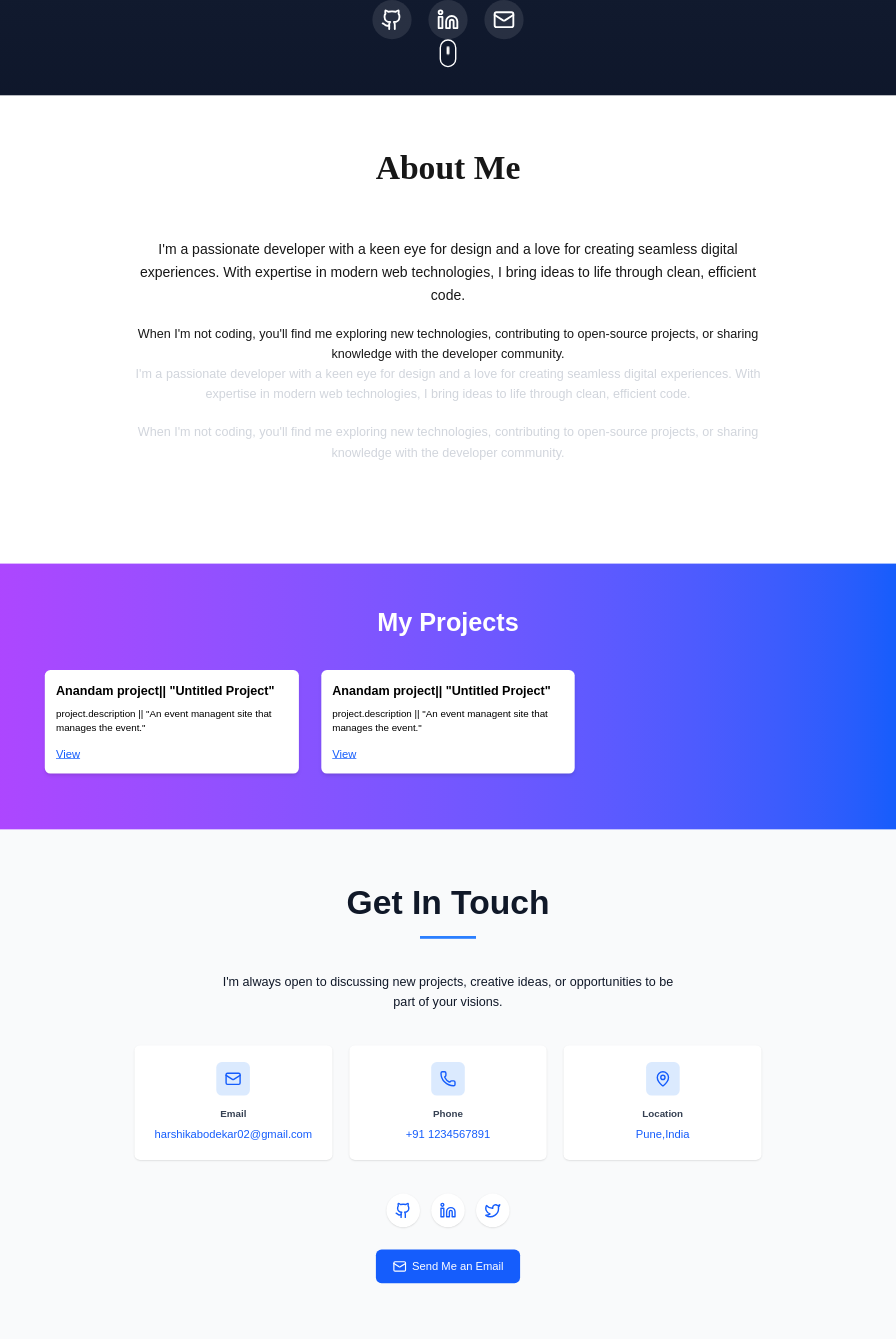
Repository: harshikabodekar/portfolio_awp
Page: /
These files come from the project's save history. The page is drawn as it stood at one moment and after the next save; the edit follows.
The browser window is 1280 px wide. The pictures show the part of the page from y = 713 to 2633 px (the page is 2626 px tall before and 2633 px after), at 70% of full size.
The project was rebuilt for these pictures with package versions that can differ from the ones it lists, and the page was loaded fresh each time. The framework's server and built-in components were replaced by stand-ins that run in the browser. Also part of the build but not shown: next.config.mjs.

Above is the page before, as saved 2025-10-15 20:20:53.

### src/app/layout.js
import "./globals.css";

export const metadata = {
  title: "AWP Portfolio",
  description: "Personal portfolio",
};

export default function RootLayout({ children }) {
  return (
    <html lang="en">
      <body className="antialiased">
        {children}
      </body>
    </html>
  );
}

### src/app/page.js
//import Image from "next/image";
import Navbar from "./components/Navbar";
import React from "react";
import Projects from "./components/Project";
import About from "./components/About";
import Contact from "./components/Contact";
import Hero from "./components/Hero";
import ProjectCard from "./components/ProjectCard";

export default function Home() {
  return (
    <div className="font-sans">
      <Navbar />
      <main className="w-full">
        <Hero />
        <About />
        <Projects />
        <Contact />
      </main>
    </div>
  );
}

### src/app/components/Navbar.js
import React from 'react';

const Navbar = () => {
  return (
    <nav className="bg-gray-900 text-white py-4 px-6 fixed w-full top-0 left-0 z-50 shadow-lg">
      <div className="container mx-auto flex justify-between items-center">
        <h1 className="text-4xl font-bold">My Portfolio</h1>
        <ul className="flex space-x-12 text-2xl">
          <li><a href="#home" className="hover:text-blue-400 transition-colors">Home</a></li>
          <li><a href="#about" className="hover:text-blue-400 transition-colors">About</a></li>
          <li><a href="#skills" className="hover:text-blue-400 transition-colors">Skills</a></li>
          <li><a href="#projects" className="hover:text-blue-400 transition-colors">Projects</a></li>
          <li><a href="#contact" className="hover:text-blue-400 transition-colors">Contact</a></li>
        </ul>
      </div>
    </nav>
  );
};

export default Navbar;

### src/app/components/Project.js
import React from 'react';
import ProjectCard from './ProjectCard';
import { projectsData } from '../data/projects';

const Projects = () => {
  return (
    <section id="projects" className="py-20 px-6 bg-gradient-to-r from-purple-500 to-blue-600 text-white pt-16">
      <div className="container mx-auto max-w-6xl">
        <h2 className="text-4xl font-bold text-center text-white mb-12">My Projects</h2>

        <div className="grid md:grid-cols-2 lg:grid-cols-3 gap-8">
          {projectsData.map((project) => (
            <ProjectCard key={project.id} project={project} />
          ))}
        </div>
      </div>
    </section>
  );
};

export default Projects;

### src/app/components/About.js
import React from 'react';

const About = () => {
  return (
    <section id="about" className="py-20 bg-gradient-subtle">
      <div className="container mx-auto px-4">
        <div className="max-w-4xl mx-auto">
          <h2 className="text-4xl md:text-5xl font-bold mb-6 text-center font-['Space_Grotesk']">
            About Me
          </h2>
          <div className="w-20 h-1 bg-gradient-accent mx-auto mb-12"></div>

          <div className="mb-16 text-center">
            <p className="text-xl text-muted-foreground leading-relaxed mb-6">
              I'm a passionate developer with a keen eye for design and a love for creating
              seamless digital experiences. With expertise in modern web technologies, I bring
              ideas to life through clean, efficient code.
            </p>
            <p className="text-lg text-muted-foreground leading-relaxed">
              When I'm not coding, you'll find me exploring new technologies, contributing to
              open-source projects, or sharing knowledge with the developer community.
            </p>

            <p className="text-lg text-gray-300 leading-relaxed mb-6">
              I'm a passionate developer with a keen eye for design and a love for creating
              seamless digital experiences. With expertise in modern web technologies, I bring
              ideas to life through clean, efficient code.
            </p>
            <p className="text-lg text-gray-300 leading-relaxed">
              When I'm not coding, you'll find me exploring new technologies, contributing to
              open-source projects, or sharing knowledge with the developer community.
            </p>
          </div>

          </div>
      </div>
    </section>
  );
};

export default About;

### src/app/components/Contact.js
"use client";
import { Mail, Phone, MapPin, Github, Linkedin, Twitter } from 'lucide-react';

const Contact = () => {
  const contactInfo = [
    { icon: Mail, label: 'Email', value: 'harshikabodekar02@gmail.com', href: 'mailto:your.email@example.com' },
    { icon: Phone, label: 'Phone', value: '+91 1234567891', href: 'tel:+911234567891' },
    { icon: MapPin, label: 'Location', value: 'Pune,India', href: '#' },
  ];

  const socialLinks = [
    { icon: Github, label: 'GitHub', href: 'https://github.com/harshikabodekar' },
    { icon: Linkedin, label: 'LinkedIn', href: 'https://linkedin.com' },
    { icon: Twitter, label: 'Twitter', href: 'https://twitter.com' },
  ];

  return (
    <section id="contact" className="py-20 bg-gray-50 text-gray-900">
      <div className="container mx-auto px-4">
        <div className="max-w-4xl mx-auto">
          <h2 className="text-4xl md:text-5xl font-bold mb-6 text-center">Get In Touch</h2>
          <div className="w-20 h-1 bg-blue-500 mx-auto mb-12"></div>

          <p className="text-center text-lg mb-12 max-w-2xl mx-auto">
            I'm always open to discussing new projects, creative ideas, or opportunities to be part of your visions.
          </p>

          <div className="grid md:grid-cols-3 gap-6 mb-12">
            {contactInfo.map((info, index) => {
              const IconComponent = info.icon;
              return (
                <div key={index} className="bg-white p-6 rounded-lg shadow text-center hover:shadow-lg transition-shadow">
                  <div className="inline-flex p-3 bg-blue-100 rounded-lg mb-4">
                    <IconComponent className="w-6 h-6 text-blue-600" />
                  </div>
                  <h3 className="text-sm font-semibold mb-2 text-gray-700">{info.label}</h3>
                  <a href={info.href} className="text-blue-600 hover:text-blue-800 transition-colors">{info.value}</a>
                </div>
              );
            })}
          </div>

          <div className="text-center">
            <div className="flex justify-center gap-4 mb-8">
              {socialLinks.map((social, i) => {
                const SocialIcon = social.icon;
                return (
                  <a
                    key={i}
                    href={social.href}
                    target="_blank"
                    rel="noreferrer"
                    className="p-3 bg-white rounded-full shadow hover:shadow-lg transition-all hover:bg-blue-600 hover:text-white group"
                    aria-label={social.label}
                  >
                    <SocialIcon className="w-6 h-6 text-blue-600 group-hover:text-white transition-colors" />
                  </a>
                );
              })}
            </div>

            <div className="text-center">
              <a href="mailto:your.email@example.com" className="inline-flex items-center gap-2 px-6 py-3 bg-blue-600 text-white rounded-lg hover:bg-blue-700 transition-colors">
                <Mail className="w-5 h-5" />
                Send Me an Email
              </a>
            </div>
          </div>
        </div>
      </div>
    </section>
  );
};

export default Contact;

### src/app/components/Hero.js
"use client";
import React from 'react';
import { Github, Linkedin, Mail } from 'lucide-react';

const Hero = () => {
  return (
    <section id="home" className="relative w-full min-h-screen flex items-center justify-center bg-gradient-to-b from-slate-800 to-slate-900 text-white pt-20">
      <div className="w-full px-4 sm:px-6 lg:px-8 py-12 sm:py-16 md:py-20 relative z-10">
        <div className="max-w-6xl mx-auto text-center">
          <div className="mb-6 sm:mb-8 flex justify-center">
            <div className="w-32 h-32 sm:w-40 sm:h-40 md:w-48 md:h-48 rounded-full bg-gray-300 dark:bg-gray-600 border-4 border-white flex items-center justify-center text-xl sm:text-2xl font-bold text-gray-800">HB</div>
          </div>



          <h1 className="text-4xl sm:text-4xl md:text-5xl lg:text-6xl xl:text-7xl font-bold mb-4 sm:mb-6 bg-gradient-to-r from-white to-blue-400 bg-clip-text text-transparent px-4">
            Harshika Bodekar
          </h1>

          <p className="text-base sm:text-lg md:text-xl lg:text-3xl text-gray-300 mb-6 sm:mb-8 font-light px-4">
            Computer Science Student | Frontend Developer
          </p>

          <p className="text-sm sm:text-base md:text-2xl text-gray-400 mb-8 sm:mb-12 max-w-2xl mx-auto leading-relaxed px-4">
            Crafting elegant digital experiences with modern technologies.
            Passionate about clean code, intuitive design, and building products that make a difference.
          </p>

          {/* <div className="flex flex-col sm:flex-row flex-wrap gap-4 justify-center mb-8 sm:mb-12 px-4">
            <button onClick={() => {}} className="px-6 py-3 bg-white text-slate-900 rounded-full font-medium hover:bg-gray-100 transition-colors w-full sm:w-auto">View My Work</button>
            <button onClick={() => {}} className="px-6 py-3 border-2 border-white text-white rounded-full hover:bg-white hover:text-slate-900 transition-colors w-full sm:w-auto">Get In Touch</button>
          </div> */}

          <div className="flex flex-wrap gap-4 sm:gap-6 justify-center px-4">
            <a
              href="https://github.com/harshikabodekar"
              target="_blank"
              rel="noopener noreferrer"
              className="p-3 bg-white/10 rounded-full hover:bg-white/20 transition-all group"
              aria-label="GitHub"
            >
              <Github className="w-6 h-6 sm:w-8 sm:h-8 text-white group-hover:text-blue-400 transition-colors" />
            </a>
            <a
              href="https://linkedin.com/in/harshikabodekar"
              target="_blank"
              rel="noopener noreferrer"
              className="p-3 bg-white/10 rounded-full hover:bg-white/20 transition-all group"
              aria-label="LinkedIn"
            >
              <Linkedin className="w-6 h-6 sm:w-8 sm:h-8 text-white group-hover:text-blue-400 transition-colors" />
            </a>
            <a
              href="mailto:harshikabodekar02@gmail.com"
              className="p-3 bg-white/10 rounded-full hover:bg-white/20 transition-all group"
              aria-label="Email"
            >
              <Mail className="w-6 h-6 sm:w-8 sm:h-8 text-white group-hover:text-blue-400 transition-colors" />
            </a>
          </div>
        </div>
      </div>

      <div className="hidden sm:block absolute bottom-10 left-1/2 -translate-x-1/2">
        <div className="w-6 h-10 border-2 border-white rounded-full flex justify-center">
          <div className="w-1 h-3 bg-white rounded-full mt-2 animate-pulse"></div>
        </div>
      </div>
    </section>
  );
};

export default Hero;

### src/app/components/ProjectCard.js
import React from 'react';

export default function ProjectCard({ project = {} }) {
  return (
    <article className="bg-white text-black rounded-lg p-4 shadow-md">
      <h3 className="font-semibold text-lg mb-2">Anandam project|| "Untitled Project"</h3>
      <p className="text-sm mb-4">project.description || "An event managent site that manages the event."</p>
      {project.link && (
        <a
          className="text-blue-600 underline"
          href={project.link}
          target="_blank"
          rel="noreferrer"
        >
          View
        </a>
      )}
    </article>
  );
}

### src/app/data/projects.js
export const projectsData = [
  {
    id: '1',
    title: 'Sample Project One',
    description: 'A short description of project one.',
    link: 'https://example.com',
  },
  {
    id: '2',
    title: 'Sample Project Two',
    description: 'A short description of project two.',
    link: 'https://example.com',
  },
];

Loaded but not shown: src/app/globals.css (common file)

After the next save:
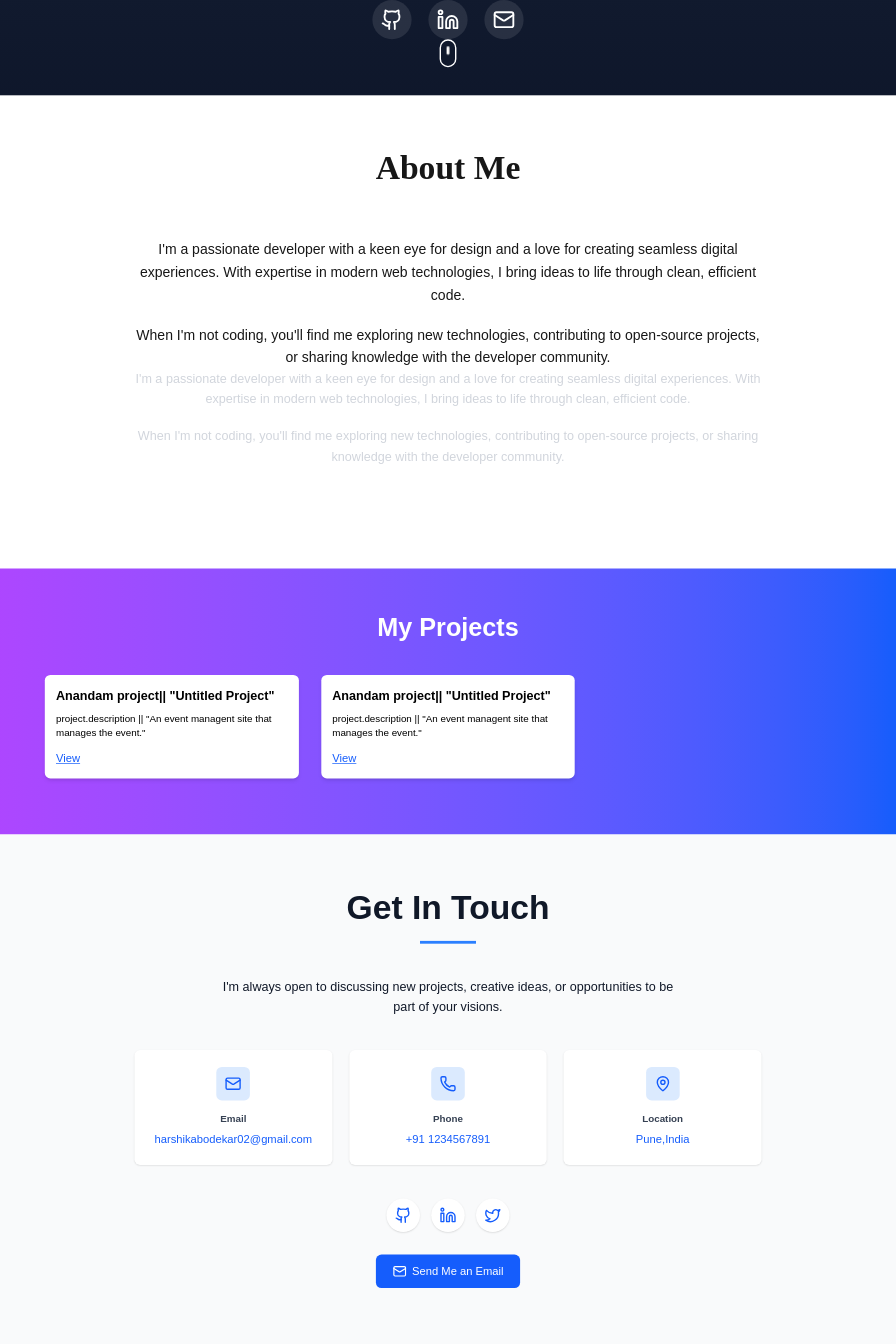
Saved 80 s later.
--- a/src/app/components/About.js
+++ b/src/app/components/About.js
@@ -16,7 +16,7 @@ const About = () => {
               seamless digital experiences. With expertise in modern web technologies, I bring
               ideas to life through clean, efficient code.
             </p>
-            <p className="text-lg text-muted-foreground leading-relaxed">
+            <p className="text-xl text-muted-foreground leading-relaxed">
               When I'm not coding, you'll find me exploring new technologies, contributing to
               open-source projects, or sharing knowledge with the developer community.
             </p>
